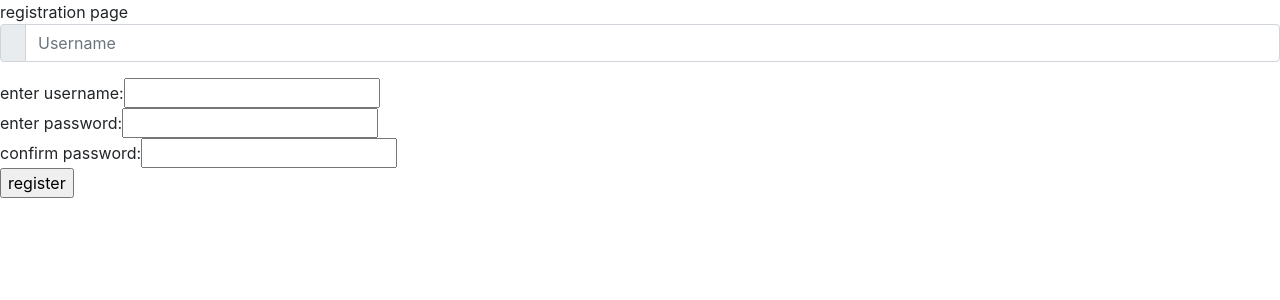
Repository: vishnushelke/LoginPage
Page: http://localhost/MyLoginPage/register.jsp
The author's editor kept a copy of each file at every save. The page is drawn from the files as they stood at one save, then again after the next save.
The browser window is 1280 px wide. The pictures show the whole page.
The page is served by Tomcat 9.

Above is the page before, as saved 2019-10-10 05:59:24.

After the next save:
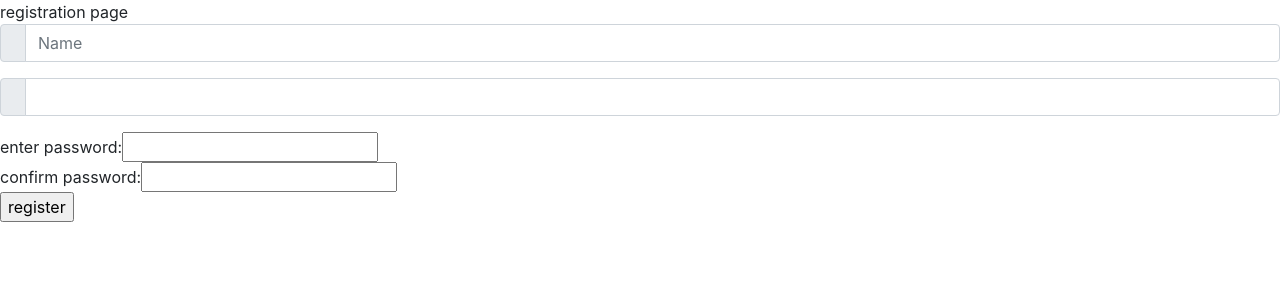
Saved 42 s later.
--- a/MyLoginPage/WebContent/register.jsp
+++ b/MyLoginPage/WebContent/register.jsp
@@ -21,9 +21,15 @@ registration page<br>
   <div class="input-group-prepend">
     <span class="input-group-text" id="basic-addon1"></span>
   </div>
-  <input type="text" class="form-control" placeholder="Username" name="username" aria-label="Username" aria-describedby="basic-addon1">
+  <input type="text" class="form-control" placeholder="Name" name="name" aria-label="Name" aria-describedby="basic-addon1">
 </div>
-enter username:<input type="text" name="username"><br>
+
+<div class="input-group mb-3">
+  <div class="input-group-prepend">
+    <span class="input-group-text" id="basic-addon1"></span>
+  </div>
+  <input type="text" class="form-control" placeholder="" name="username" aria-label="Username" aria-describedby="basic-addon1">
+</div>
 enter password:<input type="password" name="password"><br>
 confirm password:<input type="password" name="confirm_password"><br>
 <input type="submit" value="register">
